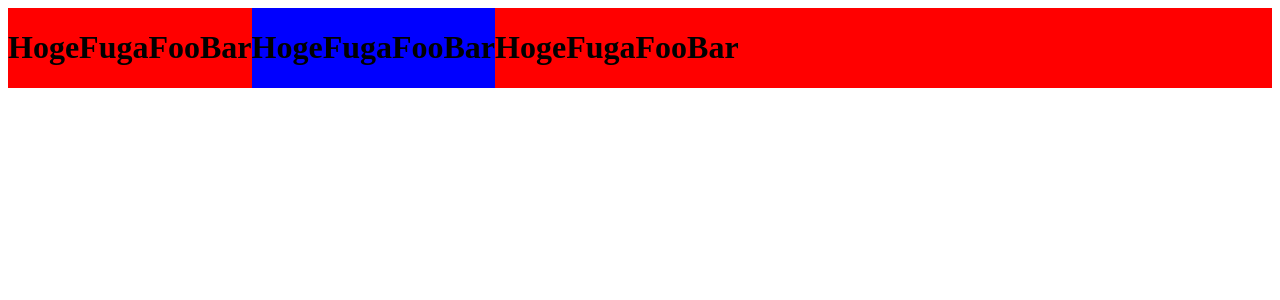
Repository: hiro641/Samurai_JS
Page: huga.html
The author's editor kept a record of every edit. The page is drawn from the files as they stood at one moment, then again after the next edit.
The browser window is 1280 px wide. The pictures show the whole page.

Above is the page before.

### huga.html
<html lang="ja">
    <head>
        <style>
            #no-wrap {
                display: flex;
                flex-wrap:nowrap;
                background-color: red;
            }

            #wrap {
                display: flex;
                flex-wrap:wrap;
                background-color: blue;
            }

            #wrap-reverse {
                display: flex;
                flex-wrap:wrap-reverse;
            }

        </style>
    </head>
    <body>
        <div id="no-wrap">
            <h1>Hoge</h1>
            <h1>Fuga</h1>
            <h1>Foo</h1>
            <h1>Bar</h1>

        <div id="wrap">
            <h1>Hoge</h1>
            <h1>Fuga</h1>
            <h1>Foo</h1>
            <h1>Bar</h1>
        </div>

        <div id="wrap-reverse">
            <h1>Hoge</h1>
            <h1>Fuga</h1>
            <h1>Foo</h1>
            <h1>Bar</h1>
        </div>

        </div>
    </body>
</html>

After the next edit:
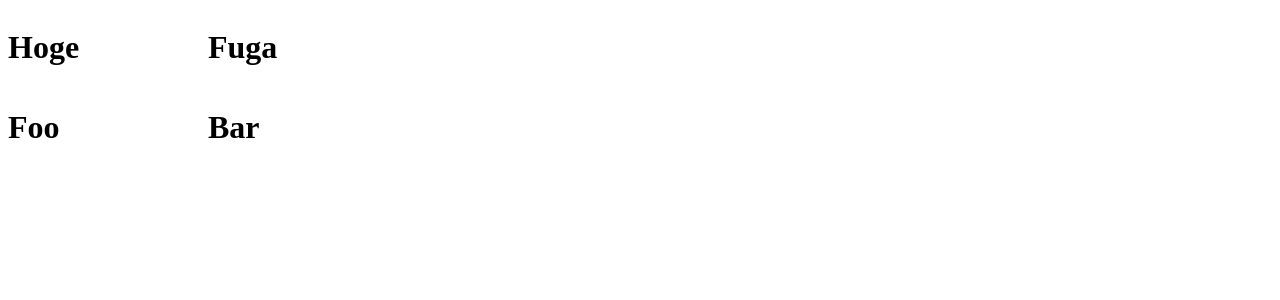
The edit:
--- a/huga.html
+++ b/huga.html
@@ -1,46 +1,18 @@
 <html lang="ja">
     <head>
         <style>
-            #no-wrap {
-                display: flex;
-                flex-wrap:nowrap;
-                background-color: red;
+            #grid {
+                display: grid;
+                grid-template-columns: 200px 200px;
             }
-
-            #wrap {
-                display: flex;
-                flex-wrap:wrap;
-                background-color: blue;
-            }
-
-            #wrap-reverse {
-                display: flex;
-                flex-wrap:wrap-reverse;
-            }
-
         </style>
     </head>
     <body>
-        <div id="no-wrap">
-            <h1>Hoge</h1>
-            <h1>Fuga</h1>
-            <h1>Foo</h1>
-            <h1>Bar</h1>
-
-        <div id="wrap">
+        <div id="grid">
             <h1>Hoge</h1>
             <h1>Fuga</h1>
             <h1>Foo</h1>
             <h1>Bar</h1>
         </div>
-
-        <div id="wrap-reverse">
-            <h1>Hoge</h1>
-            <h1>Fuga</h1>
-            <h1>Foo</h1>
-            <h1>Bar</h1>
-        </div>
-
-        </div>
     </body>
 </html>
